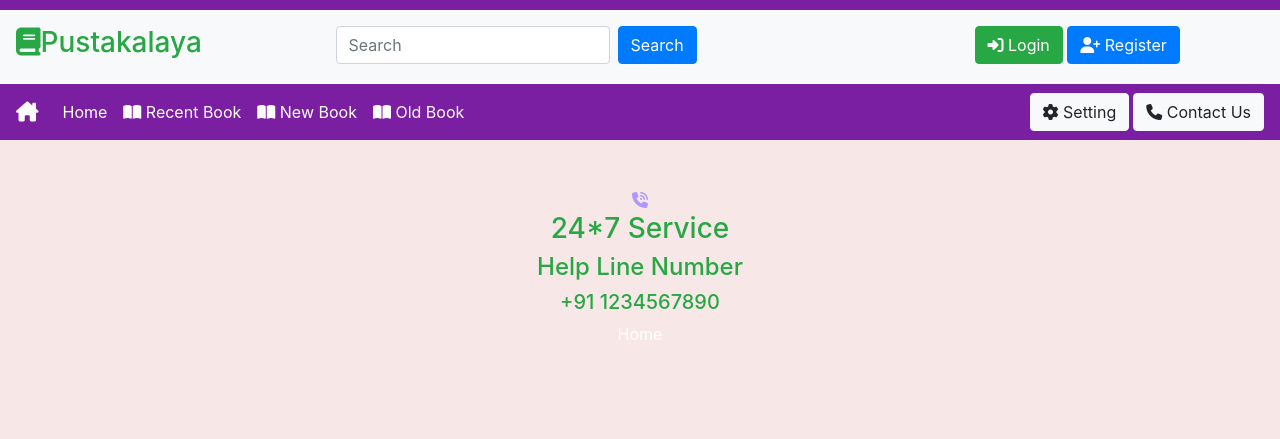
Repository: kalaprabhakar/Pustakalay_Web_Application
Page: http://localhost/E_Book_Management/helpline.jsp
The author's editor kept a copy of each file at every save. The page is drawn from the files as they stood at one save, then again after the next save.
The browser window is 1280 px wide. The pictures show the whole page.
Some web libraries are served in a nearby version. The page is served by Tomcat 10.

Above is the page before, as saved 2024-02-28 15:17:53.

After the next save:
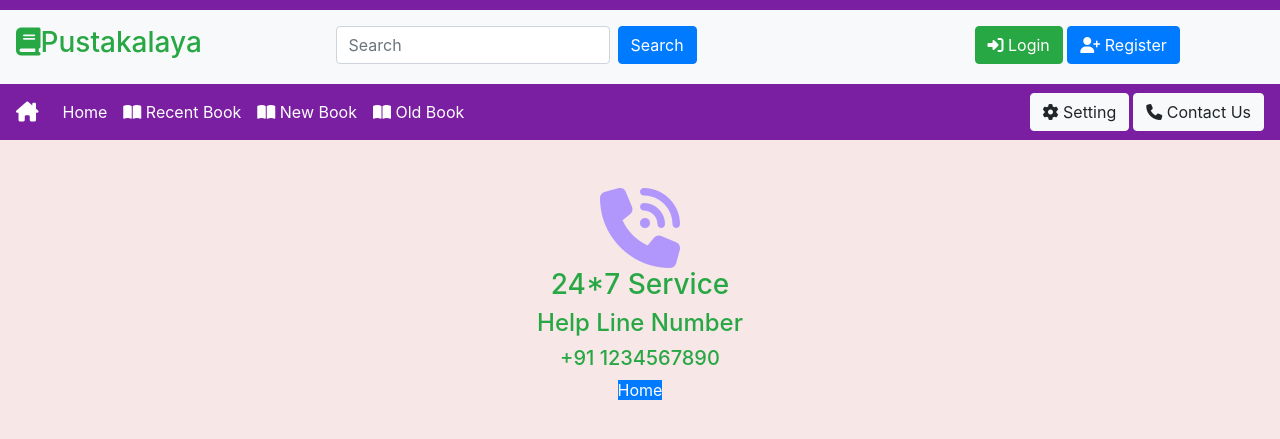
Saved 24 s later.
--- a/E_Book_Management/src/main/webapp/helpline.jsp
+++ b/E_Book_Management/src/main/webapp/helpline.jsp
@@ -14,11 +14,11 @@
     <div class="row p-5">
     <div class="col-md-4 offset-md-4 text-center">
     <div class="text-success">
-    <i class="fa-solid fa-phone-volume" style="color: #B197FC;"></i>
+    <i class="fa-solid fa-phone-volume fa-5x" style="color: #B197FC;"></i>
 	 <h3>24*7 Service</h3>
 	 <h4>Help Line Number</h4>
 	 <h5>+91 1234567890</h5>
-	 <a href="index.jsp" class="bg-promary text-white">Home</a>
+	 <a href="index.jsp" class="bg-primary text-white">Home</a>
     </div>
 
     </div>
